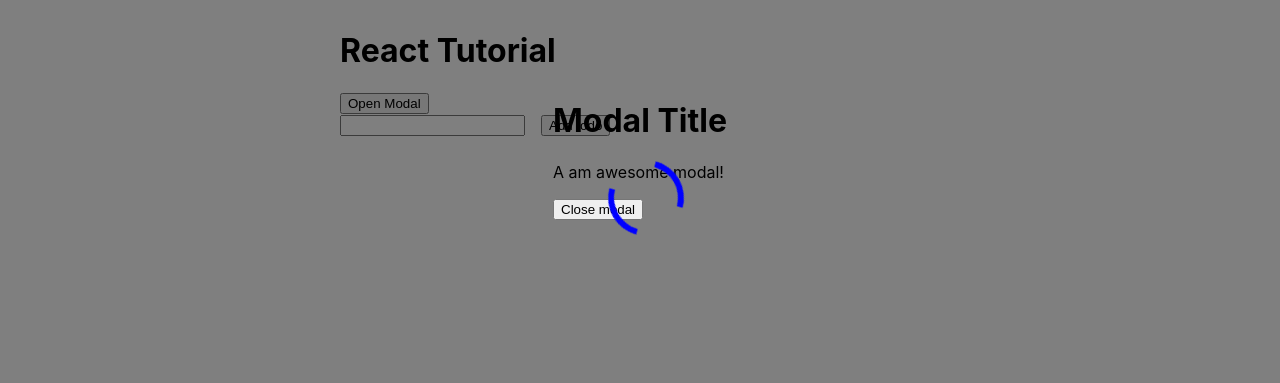
Repository: GregorPiev/rorganizer
Page: /
The author's editor kept a copy of each file at every save. The page is drawn from the files as they stood at one save, then again after the next save.
The browser window is 1280 px wide. The pictures show the whole page.
The page's requests for data from a server got no answer. The project was rebuilt for these pictures with package versions that can differ from the ones it lists, and the page was loaded fresh each time. No one was signed in, and anything a server would have sent is missing. Also part of the build but not shown: src/Todo/TodoList/TodoList.css, src/Todo/TodoItem/TodoItem.js, src/Todo/TodoList/TodoList.js.

Above is the page before, as saved 2020-08-22 16:35:49.

### src/index.css
body {
	margin: 0;
	font-family: -apple-system, BlinkMacSystemFont, 'Segoe UI', 'Roboto', 'Oxygen',
		'Ubuntu', 'Cantarell', 'Fira Sans', 'Droid Sans', 'Helvetica Neue',
		sans-serif;
	-webkit-font-smoothing: antialiased;
	-moz-osx-font-smoothing: grayscale;
}

code {
	font-family: source-code-pro, Menlo, Monaco, Consolas, 'Courier New',
		monospace;
}
.wrapper {
	padding-top: 5px;
	margin: 5px auto;
	width: 600px;
}

### src/App.js
import React, { useEffect } from 'react'
import TodoList from './Todo/TodoList/TodoList'
import Context from './context';
// import AddToDo from './Todo/AddTodo/AddTodo';
import Loader from './Loader/Loader';
import Modal from './Modal/Modal';

const AddTodo = React.lazy(() => import('./Todo/AddTodo/AddTodo.js'))

function App() {
  const [todos, setTodos] = React.useState([])
  const [loading, setLoading] = React.useState(true);
  useEffect(() => {
    fetch('https://jsonplaceholder.typicode.com/todos?_limit=10')
      .then(response => response.json())
      .then(todos => {
        setTodos(todos);
        setLoading(false);
      })
  }, [])
  function toggleTodo(id) {
    console.log('%cid:' + id, 'color: red;')
    setTodos(
      todos.map((todo) => {
        if (todo.id === id) {
          todo.completed = !todo.completed
        }
        return todo
      }),
    )
  }

  function removeTodo(id) {
    setTodos(todos.filter(todo => todo.id !== id));
  }

  function addTodo(title) {
    setTodos(
      todos.concat([
        {
          title: title,
          completed: false,
          id: Date.now()
        }
      ])
    )
  }

  return (
    <Context.Provider value={{ removeTodo: removeTodo }}>
      <div className="wrapper">
        <h1>React Tutorial</h1>
        <Modal />



        <React.Suspense fallback={<p>Loading...</p>}>
          <AddTodo onCreate={addTodo} />
        </React.Suspense>

        {loading
          ? <Loader />
          : todos.length
            ? <TodoList todos={todos} onToggle={toggleTodo} />
            : <p>No todos</p>
        }

      </div>
    </Context.Provider>
  )
}

export default App

### src/context.js
import React from 'react';

const Context = React.createContext();
export default Context;

### src/Loader/Loader.js
import React from 'react';
import './Loader.css';
export default () => <div className="wrapperLoader"><div className="lds-dual-ring" /></div>

### src/Modal/Modal.js
import React from 'react';
import './Modal.css';

export default class Modal extends React.Component {
    render() {
        return (
            <React.Fragment>
                <button>Open Modal</button>

                <div className="modal">
                    <div className="modal-body">
                        <h1>Modal Title</h1>
                        <p>A am awesome modal!</p>

                        <button>Close modal</button>
                    </div>
                </div>


            </React.Fragment>
        )
    }
}

### src/Todo/AddTodo/AddTodo.js
import React, { useState } from 'react';
import PropTypes from 'prop-types';
import './AddTodo.css';

function useInputValue(defaultValue = '') {
    const [value, setValue] = useState(defaultValue);

    return {
        bind: {
            value: value,
            onChange: event => setValue(event.target.value)
        },
        clear: () => setValue(''),
        value: () => value

    }
}
function AddToDo({ onCreate }) {
    const input = useInputValue('');

    function handlerSubmit($event) {
        $event.preventDefault();
        if (input.value().trim()) {
            onCreate(input.value());
            input.clear()
        }

    }

    return (
        <form className="add_todo" onSubmit={handlerSubmit}>
            <input {...input.bind} />
            <button type="submit">Add todo</button>
        </form>
    )
}

AddToDo.propTypes = {
    onCreate: PropTypes.func.isRequired
}
export default AddToDo;

### src/Loader/Loader.css
.lds-dual-ring {
  display: inline-block;
  width: 80px;
  height: 80px;
}
.lds-dual-ring:after {
  content: ' ';
  display: block;
  width: 64px;
  height: 64px;
  margin: 8px;
  border-radius: 50%;
  border: 6px solid blue;
  border-color: blue transparent blue transparent;
  animation: lds-dual-ring 1.2s linear infinite;
}
@keyframes lds-dual-ring {
  0% {
    transform: rotate(0deg);
  }
  100% {
    transform: rotate(360deg);
  }
}
.wrapperLoader {
  display: flex;
  justify-content: center;
  margin: 0.5rem;
}

### src/Modal/Modal.css
.modal {
  position: fixed;
  top: 0;
  right: 0;
  bottom: 0;
  left: 0;
  background: rgba(0, 0, 0, 0.5);
  display: flex;
  justify-content: center;
  padding-top: 5rem;
}

modal-body {
  padding: 2rem;
  width: 400px;
  border-radius: 5px;
  background: #ffffff;
  height: 200px;
}

### src/Todo/AddTodo/AddTodo.css
.add_todo {
    margin-bottom: 1rem;
}

### src/Todo/TodoItem/TodoItem.css
li {
  display: flex;
  justify-content: space-between;
  align-items: center;
  padding: 0.5rem 1rem;
  border: 1px solid #cccccc;
  border-radius: 4px;
  margin-bottom: 0.5rem;
}
input {
  margin-right: 1rem;
}
.rb {
  background: #f00;
  border-radius: 50%;
  color: #ffffff;
  border: none;
}
.done {
  text-decoration: line-through;
}

Loaded but not shown: public/index.html (common file); src/index.js (common file); src/serviceWorker.js (common file)

After the next save:
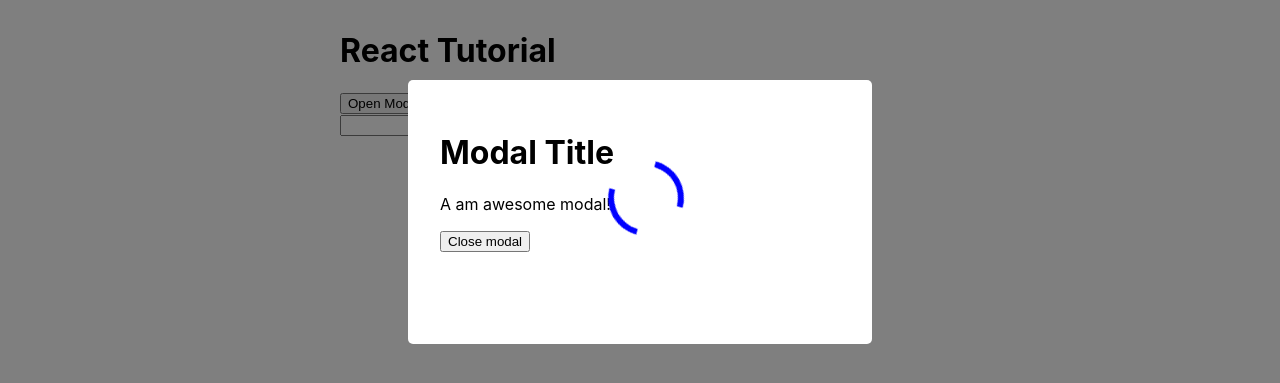
Saved 64 s later.
--- a/src/Modal/Modal.css
+++ b/src/Modal/Modal.css
@@ -10,7 +10,7 @@
   padding-top: 5rem;
 }
 
-modal-body {
+.modal-body {
   padding: 2rem;
   width: 400px;
   border-radius: 5px;
